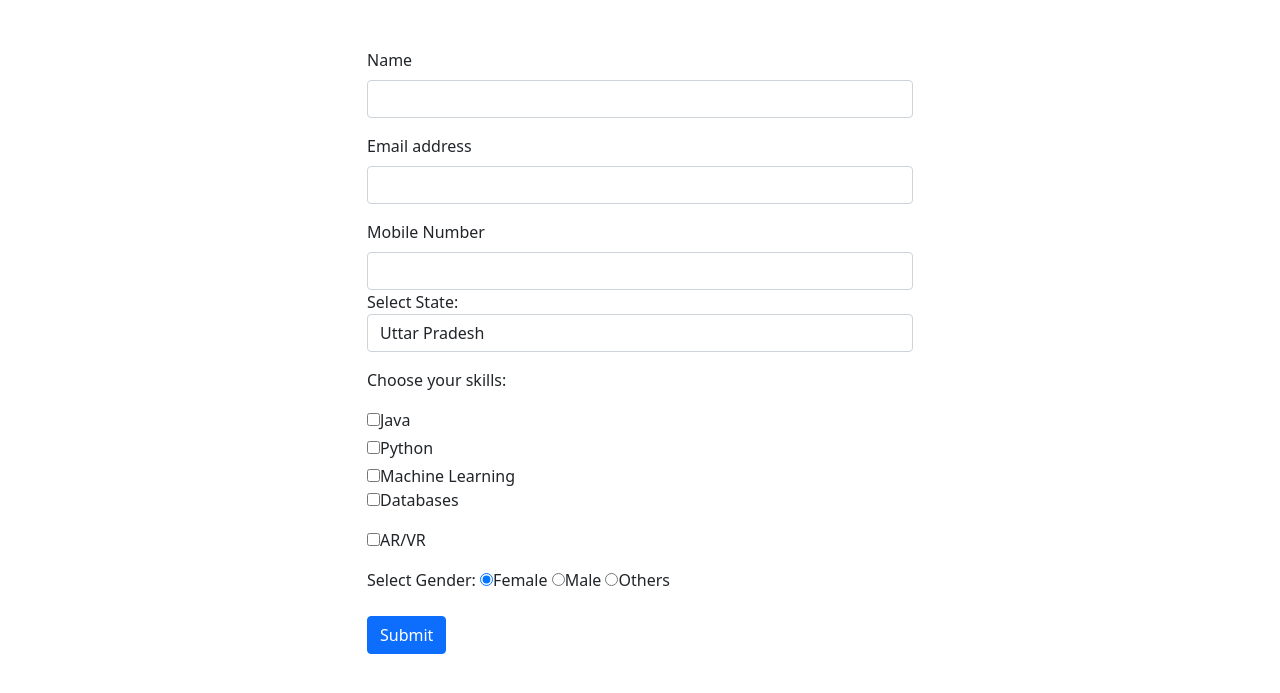
Repository: SimSri-ExtraMarks/FormHandling
Page: formHandling/form.html
An editor plug-in stored every save of this project. The page is shown before and after the next save, followed by the edit.
The browser window is 1280 px wide. The pictures show the whole page.

Above is the page before, as saved 2021-06-26 12:53:55.

After the next save:
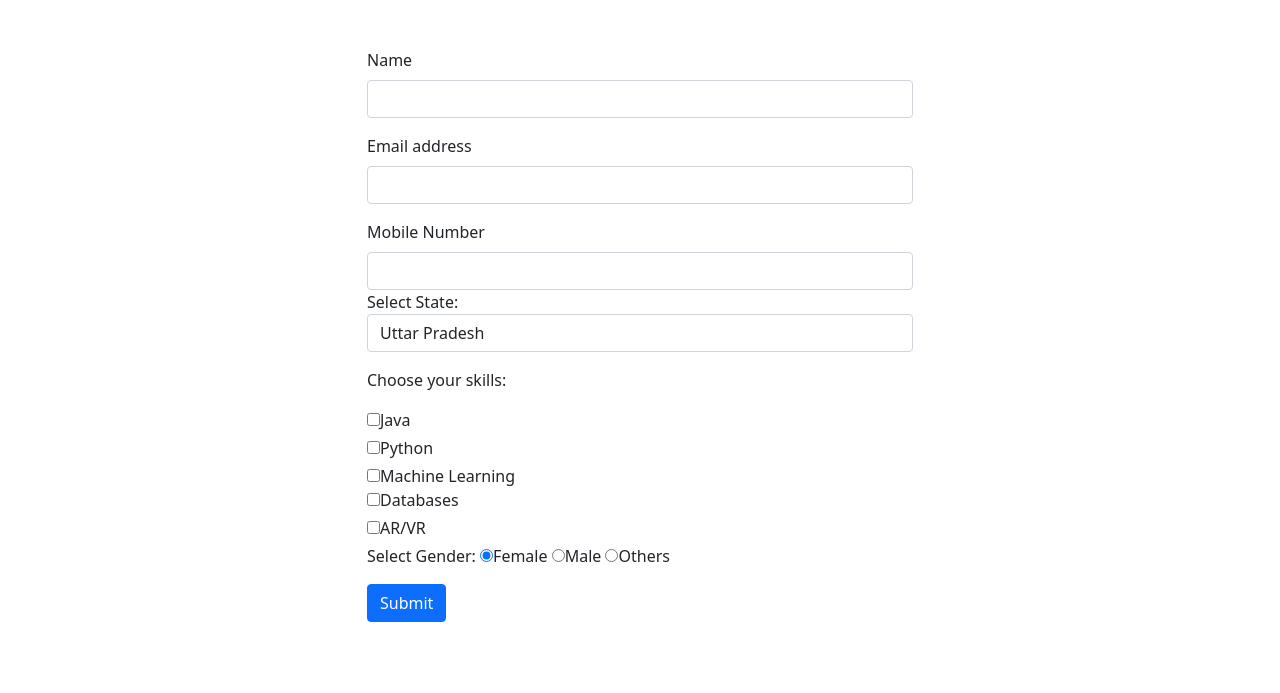
Saved 29 s later.
--- a/formHandling/form.html
+++ b/formHandling/form.html
@@ -49,17 +49,17 @@
 <div class="checkbox mb-1">
   <label><input type="checkbox" value="exampleInputSkills">Python</label>
 </div>
-<div class="checkbox mb-3">
+<div class="checkbox mb-1">
   <label><input type="checkbox" value="exampleInputSkills">Machine Learning</label>
 
-  <div class="checkbox mb-3">
+  <div class="checkbox mb-1">
   <label><input type="checkbox" value="exampleInputSkills">Databases</label>
 </div>
-<div class="checkbox mb-3">
+<div class="checkbox mb-1">
   <label><input type="checkbox" value="exampleInputSkills">AR/VR</label>
 </div>
 
-					<div class="mb-4">
+					<div class="mb-3">
 						<label for="exampleInputGender">Select Gender:</label> <label
 							class="radio-inline"><input type="radio"
 							name="exampleInputGender" checked>Female</label> <label
